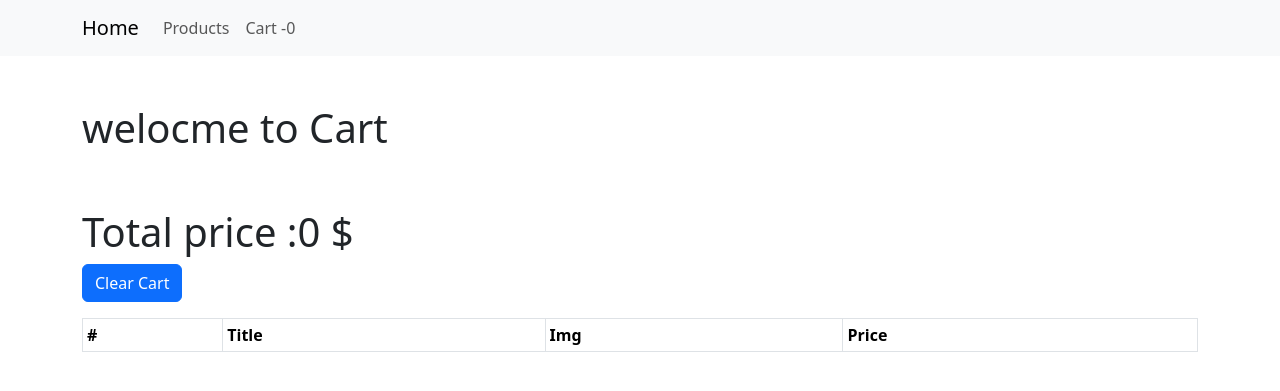
Repository: abdulrahmanmahmood/Basic-Cart-App-Using-Redux-Toolkit
Page: /cart
An editor plug-in stored every save of this project. The page is shown before and after the next save, followed by the edit.
The browser window is 1280 px wide. The pictures show the whole page.
The project was rebuilt for these pictures with package versions that can differ from the ones it lists, and the page was loaded fresh each time. Also part of the build but not shown: src/App.css, src/components/Produc.js, src/App.js.

Above is the page before, as saved 2023-09-28 22:01:35.

After the next save:
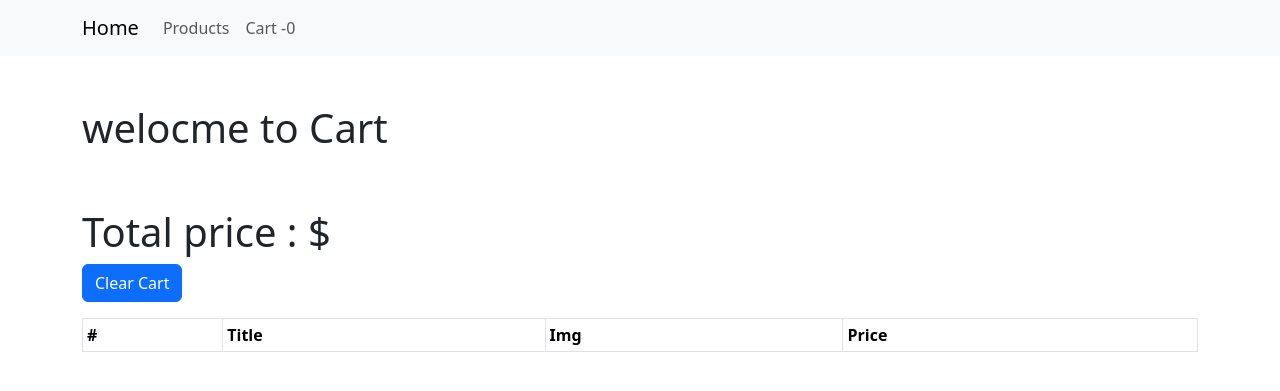
Saved 111 s later.
--- a/src/components/Cart.js
+++ b/src/components/Cart.js
@@ -13,7 +13,7 @@ function Cart() {
   return (
     <Container>
     <h1 className='py-5'>welocme to Cart</h1>
-    <h1>Total price :{totalPrice} $</h1>
+    <h1>Total price :{totalPrice.ToF} $</h1>
     <Button className='mb-3' onClick={()=>dispatch(clearCart())}>Clear Cart</Button>
     <Table striped bordered hover size="sm">
       <thead>
